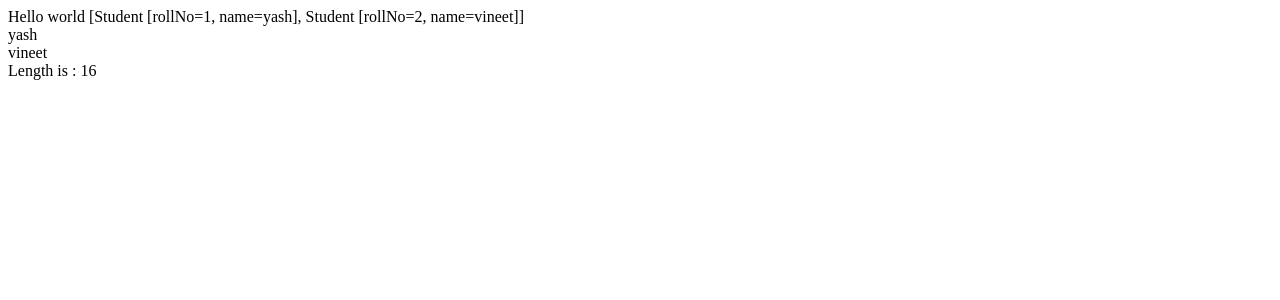
Repository: tailoryash/jsp-servlet
Page: http://localhost/DemoApp/jstldemo
These files come from the project's save history. The page is drawn as it stood at one moment and after the next save; the edit follows.
The browser window is 1280 px wide. The pictures show the whole page.
The page is served by Tomcat 9. Other server files are loaded and not shown. Queries for data that is not in the repository find no rows.

Above is the page before, as saved 2023-09-22 12:04:20.

### DemoApp/WebContent/JSTLExample.jsp
<%@ page language="java" contentType="text/html; charset=ISO-8859-1"
    pageEncoding="ISO-8859-1"%>
    <%@ taglib prefix="c" uri="http://java.sun.com/jsp/jstl/core" %>
        <%@ taglib prefix="sql" uri="http://java.sun.com/jsp/jstl/sql" %>
         <%@ taglib prefix="fn" uri="http://java.sun.com/jsp/jstl/functions" %>
<!DOCTYPE html>
<html>
<head>
<meta charset="ISO-8859-1">
<title>Insert title here</title>
</head>
<body>
<c:out value = "Hello world"></c:out>
<%-- <c:import url="https://www.google.com"></c:import> --%>
${sDetails} <br/>
<c:forEach items="${sDetails}" var = "student">
	${student.name} <br/>
</c:forEach>
<sql:setDataSource var="db"
				driver="com.mysql.jdbc.Driver"
				url="jdbc:mysql://localhost:3306/promount-yash"
				user="root"
				password="root"/>

				<sql:query var="rs" dataSource="${db}">
					select * from customers
				</sql:query>


				<c:forEach items="${rs.rows}" var="row">
					<c:out value="Name is : ${row.customer_name}"></c:out>	:
					<c:out value="Email is : ${row.email}"></c:out> </br>
				</c:forEach>

	<c:set var="str" value = "yash tailor here" />

	Length is :  ${fn:length(str)}

	<c:forEach items="${fn:split(str, ' ')}">

	</c:forEach>

</body>
</html>

### DemoApp/src/com/yashtailor/DemoJSTLServlet.java
package com.yashtailor;

import java.io.IOException;
import java.util.ArrayList;
import java.util.List;

import javax.servlet.RequestDispatcher;
import javax.servlet.ServletException;
import javax.servlet.annotation.WebServlet;
import javax.servlet.http.HttpServlet;
import javax.servlet.http.HttpServletRequest;
import javax.servlet.http.HttpServletResponse;

@WebServlet("/jstldemo")
public class DemoJSTLServlet extends HttpServlet {

	@Override
	protected void doGet(HttpServletRequest req, HttpServletResponse resp) throws ServletException, IOException {
//		String name = "yash";
		List<Student> studentList = new ArrayList<>();
//		Student student = new Student(1, "yash");
		studentList.add(new Student(1, "yash"));
		studentList.add(new Student(2, "vineet"));

		req.setAttribute("sDetails", studentList);

//		System.out.println(studentList);

		RequestDispatcher rd = req.getRequestDispatcher("JSTLExample.jsp");
		rd.forward(req, resp);
	}

}

### DemoApp/src/com/yashtailor/Student.java
package com.yashtailor;

public class Student {
	int rollNo;
	String name;

	public Student(int rollNo, String name) {
		super();
		this.rollNo = rollNo;
		this.name = name;
	}

	public int getRollNo() {
		return rollNo;
	}

	public void setRollNo(int rollNo) {
		this.rollNo = rollNo;
	}

	public String getName() {
		return name;
	}

	public void setName(String name) {
		this.name = name;
	}

	@Override
	public String toString() {
		return "Student [rollNo=" + rollNo + ", name=" + name + "]";
	}

}

After the next save:
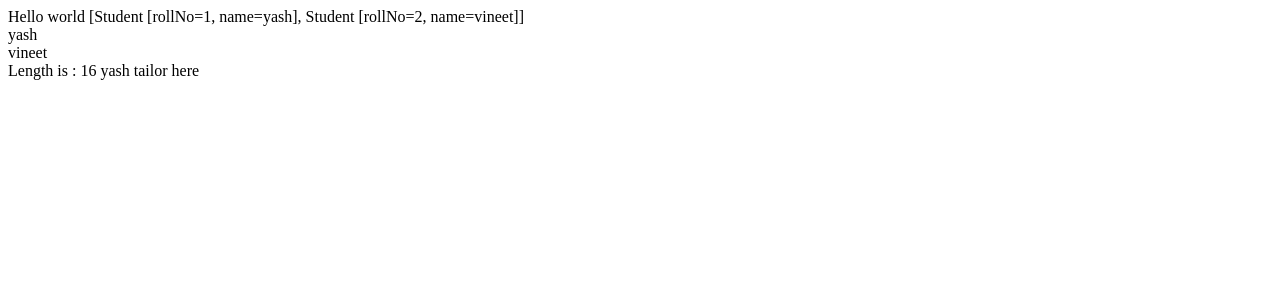
Saved 15 s later.
--- a/DemoApp/WebContent/JSTLExample.jsp
+++ b/DemoApp/WebContent/JSTLExample.jsp
@@ -36,8 +36,8 @@ ${sDetails} <br/>
 
 	Length is :  ${fn:length(str)}
 
-	<c:forEach items="${fn:split(str, ' ')}">
-
+	<c:forEach items="${fn:split(str, ' ')}" var="s">
+		${s}
 	</c:forEach>
 
 </body>
